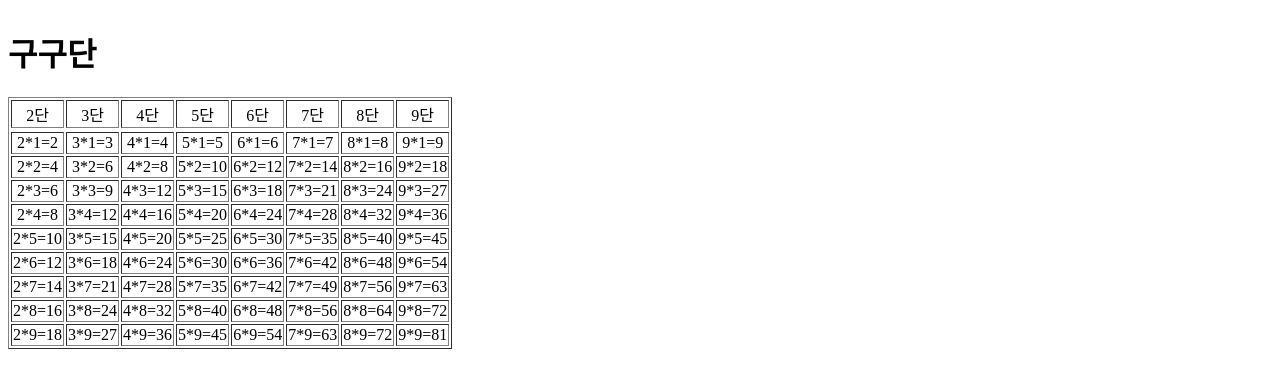
Repository: jihyeon00/java_web_sol
Page: http://localhost/jspweb_07/gugu.jsp
These files come from the project's save history. The page is drawn as it stood at one moment and after the next save; the edit follows.
The browser window is 1280 px wide. The pictures show the whole page.
The page is served by Tomcat 9.

Above is the page before, as saved 2024-01-11 03:24:51.

### workspace_stsb/jspweb_07/src/main/webapp/gugu.jsp
<%@ page language="java" contentType="text/html; charset=UTF-8"
    pageEncoding="UTF-8"%>
<!DOCTYPE html>
<html>
<head>
<meta charset="UTF-8">
<title>Insert title here</title>
</head>
<style>
	table {
		text-align: center;
	}
	#headTr{
		background-color: skyblue;
	}
</style>
<body>
<table>
<tr	id="headTr">
</tr>
</table>
	<h1>구구단</h1>
	<%
		out.println("<table border ='1'>");

		out.println("<tr>");
		for(int i = 2; i<=9;i++){
				out.println("<td>"+ i +"단</td>");
			}
		out.println("</tr>");
		out.println("<tr>");
		for(int i = 1; i<=9;i++){
			out.println("<tr>");
			for(int j=2;j<=9;j++){
				out.println("<td>"+ j + "*" + i + "=" + i*j +"</td>");
			}
			out.println("</tr>");
		}
		out.println("</tr>");


		out.println("</table>");
	%>
</body>
</html>

After the next save:
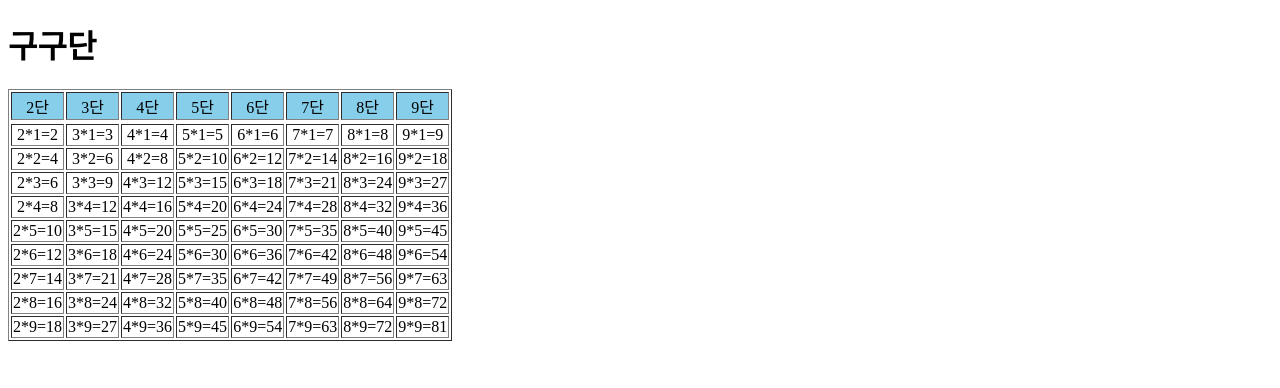
Saved 29 s later.
--- a/workspace_stsb/jspweb_07/src/main/webapp/gugu.jsp
+++ b/workspace_stsb/jspweb_07/src/main/webapp/gugu.jsp
@@ -15,15 +15,11 @@
 	}
 </style>
 <body>
-<table>
-<tr	id="headTr">
-</tr>
-</table>
 	<h1>구구단</h1>
 	<%
 		out.println("<table border ='1'>");
 
-		out.println("<tr>");
+		out.println("<tr id='headTr'>");
 		for(int i = 2; i<=9;i++){
 				out.println("<td>"+ i +"단</td>");
 			}
